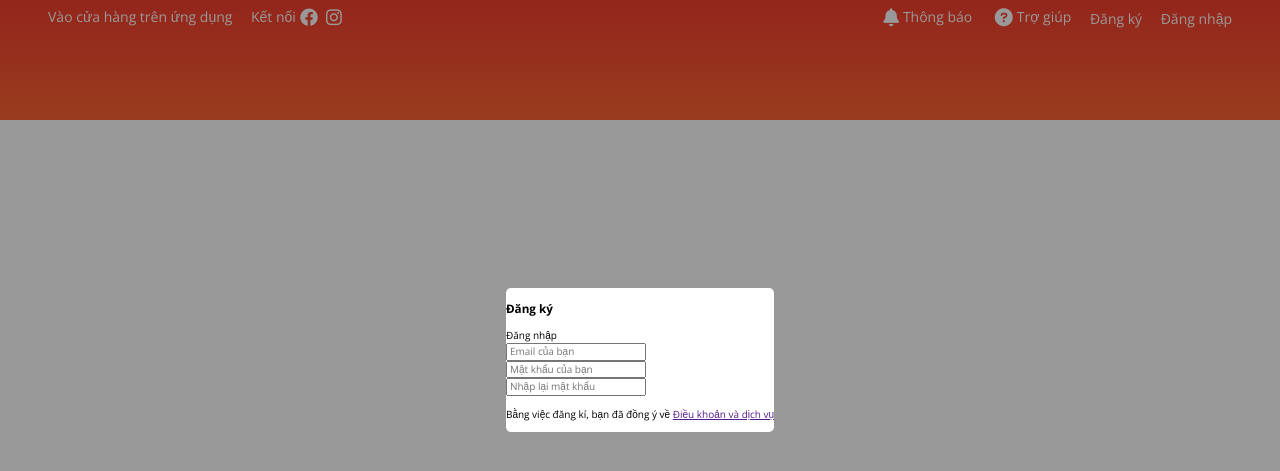
Repository: trongtamdev/Clone-Shopee-Page
Page: index.html
An editor plug-in stored every save of this project. The page is shown before and after the next save, followed by the edit.
The browser window is 1280 px wide. The pictures show the whole page.

Above is the page before, as saved 2022-07-08 15:08:56.

### index.html
<!DOCTYPE html>
<html lang="en">

<head>
    <meta charset="UTF-8">
    <meta http-equiv="X-UA-Compatible" content="IE=edge">
    <meta name="viewport" content="width=device-width, initial-scale=1.0">
    <title>Document</title>
    <link rel="stylesheet" href="https://cdnjs.cloudflare.com/ajax/libs/normalize/8.0.1/normalize.min.css">
    <link rel="stylesheet" href="assets/css/base.css">
    <link rel="stylesheet" href="assets/css/main.css">
    <link rel="stylesheet" href="assets/fonts/fontawesome-free-6.1.1/css/all.min.css">
    <link href="https://fonts.googleapis.com/css2?family=Open+Sans:wght@300;400;500;700&display=swap" rel="stylesheet">
</head>
    <div class="app">
        <header class="header">
            <div class="grid">
                <nav class="header__navbar">
                    <ul class="header__navbar-list">
                        <li class="header__navbar-item header__navbar-item--has-qr">
                            Vào cửa hàng trên ứng dụng
                            <div class="header__qr">
                                <img src="assets/img/qr_code.png" alt="QR code" class="header__qr-img">
                                <div class="header__qr-apps">
                                    <a href="" class="header__qr-link">
                                        <img src="assets/img/google_play.png" alt="Google play" class="header__qr-download-img">
                                    </a>
                                    <a href="" class="header__qr-link">
                                        <img src="assets/img/app_store.png" alt="App store" class="header__qr-download-img">
                                    </a>
                                </div>
                            </div>
                        </li>
                        <li class="header__navbar-item">
                            <span class="header__navbar-title--no-pointer">Kết nối</span>
                            <a href="" class="header__navbar-icon-link">
                                <i class="header__navbar-icon fa-brands fa-facebook"></i>
                            </a>
                            <a href="" class="header__navbar-icon-link">
                                <i class="header__navbar-icon fa-brands fa-instagram"></i>
                            </a>
                        </li>
                    </ul>

                    <ul class="header__navbar-list">
                        <li class="header__navbar-item">
                            <a href="" class="header__navbar-item-link">
                                <i class="header__navbar-icon fa-solid fa-bell"></i>
                                Thông báo</a>
                        </li>

                        <li class="header__navbar-item">
                            <a href="" class="header__navbar-item-link">
                                <i class="header__navbar-icon fa-solid fa-circle-question"></i>
                                Trợ giúp</a>
                        </li>

                        <li class="header__navbar-item header__navbar-item--strong">Đăng ký</li>
                        <li class="header__navbar-item header__navbar-item--strong">Đăng nhập</li>
                    </ul>
                </nav>
            </div>

        </header>

        <div class="container">

        </div>

        <footer class="footer">

        </footer>
    </div>
    <div class="modal">
        <div class="modal__overlay">

        </div>
        <div class="modal__body">
            <div class="modal__inner">
                <!-- Auth form -->
                <div class="auth-form">
                    <div class="auth-form__header">
                        <h3 class="auth-form__heading">Đăng ký</h3>
                        <span class="auth-form__switch-btn">Đăng nhập</span>
                    </div>

                    <div class="auth-form__form">
                        <div class="auth-form__group">
                            <input type="text" class="auth-form__input" placeholder="Email của bạn">
                        </div>

                        <div class="auth-form__group">
                            <input type="password" class="auth-form__input" placeholder="Mật khẩu của bạn">
                        </div>

                        <div class="auth-form__group">
                            <input type="password" class="auth-form__input" placeholder="Nhập lại mật khẩu">
                        </div>
                    </div>

                    <div class="auth-form__aside">
                        <p class="auth-form__policy-text">
                            Bằng việc đăng kí, bạn đã đồng ý về
                            <a href="">Điều khoản và dịch vụ</a>
                        </p>
                    </div>
                </div>
            </div>
        </div>
    </div>
<body>

</body>

</html>

### assets/css/base.css
:root {
    --white-color :#fff;
    --back-color :#000;
    --text-color : #333;
}

*{
    box-sizing: inherit;
}

html {
    font-size: 62.5%;
    line-height: 1.6rem;
    font-family: 'Open Sans', sans-serif;;
    box-sizing: border-box;
}

.grid {
    width: 1200px;
    max-width: 100%;
    margin: 0 auto;
}

.grid__full-width {
    width: 100%;
}

.grid__row {
    display: flex;
    flex-wrap: wrap
}

/* Animation */
@keyframes fadeIn {
    from {
        opacity: 0;
    }to {
        opacity: 1;
    }
}

/* Modal */

.modal {
    position: fixed;
    top: 0;
    right: 0;
    bottom: 0;
    left: 0;
    display: flex;
}

.modal__overlay {
    position: absolute;
    width: 100%;
    height: 100%;
    background-color: rgba(0, 0, 0, 0.4);
}

.modal__body {

    background-color: var(--white-color);
    margin: auto;
    position: relative;
    z-index: 1;
    border-radius: 5px;
}

### assets/css/main.css
.header {
    height: 120px;
    background-image: linear-gradient(0, #fe6433, #f53e2d);
}

.header__navbar {
    display: flex;
    justify-content: space-between;
}

.header__navbar-list {
    list-style: none;
    padding: 0;
    margin-top: 4px;
}

.header__navbar-item {
    margin: 0 8px;
    position: relative;
    min-height: 26px;
}

.header__navbar-item--has-qr:hover .header__qr {
    display: block;
}

.header__navbar-item,
.header__navbar-item-link{
    display: inline-block;
    font-size: 1.4rem;
    color :var(--white-color);
    text-decoration: none;
    font-weight: 300;
}

.header__navbar-item,
.header__navbar-item-link,
.header__navbar-icon-link {
    display: inline-flex;
    align-items: center;
}

.header__navbar-item:hover,
.header__navbar-item-link:hover,
.header__navbar-icon-link:hover{
    cursor: pointer;
    color: rgba(255, 255, 255, 0.7);
}

.header__navbar-item--strong {
    font-weight: 400;
}


.header__navbar-icon-link {
    color: var(--white-color);
    text-decoration: none;
}

.header__navbar-icon {
    font-size: 1.8rem;
    margin: 0 4px;
}

.header__navbar-title--no-pointer {
    color: var(--white-color);
    cursor: text;
}

/* Header QR code */

.header__qr {
    width: 186px;
    background-color: var(--white-color);
    position: absolute;
    left: 0;
    top: 118%;
    padding: 8px;
    border-radius: 2px;
    display: none;
    animation: fadeIn ease-in 0.5s;
}

.header__qr::before {
    position: absolute;
    left: 0;
    top: -16px;
    width: 100%;
    height: 20px;
    content: "";
    display: block;
}

.header__qr-img {
    width: 100%;
}

.header__qr-apps {
    display: flex;
}

.header__qr-link:nth-child(1) {
    margin-left: 11px;
}

.header__qr-link:nth-child(2) {
    margin-right: 11px;
}

.header__qr-download-img {
    height: 18px;
}

Loaded but not shown: assets/fonts/fontawesome-free-6.1.1/css/all.min.css (library)

After the next save:
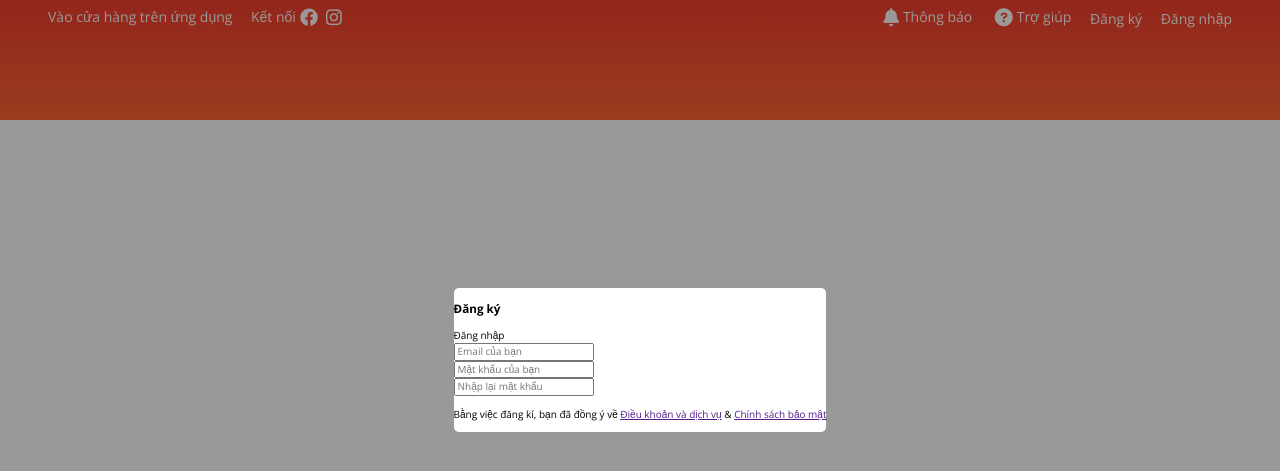
Saved 9 min 23 s later.
--- a/index.html
+++ b/index.html
@@ -101,7 +101,8 @@
                     <div class="auth-form__aside">
                         <p class="auth-form__policy-text">
                             Bằng việc đăng kí, bạn đã đồng ý về
-                            <a href="">Điều khoản và dịch vụ</a>
+                            <a href="" class="auth-form__policy-link">Điều khoản và dịch vụ</a> &
+                            <a href="" class="auth-form__policy-link">Chính sách bảo mật</a>
                         </p>
                     </div>
                 </div>
